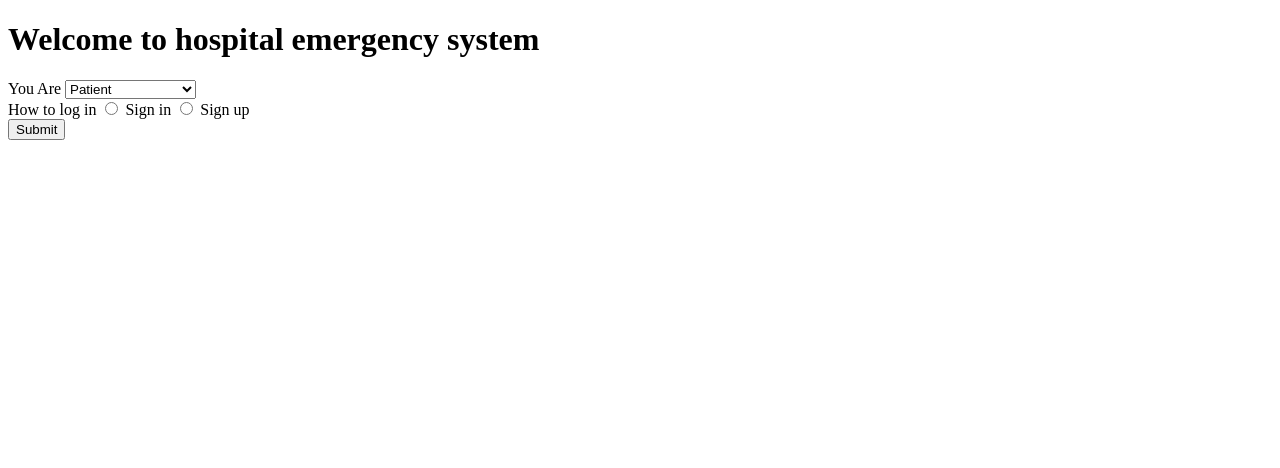
Repository: OmarAl-Saleh/Hospital-Emergency-System
Page: http://localhost/EmergencySystem/
The author's editor kept a copy of each file at every save. The page is drawn from the files as they stood at one save, then again after the next save.
The browser window is 1280 px wide. The pictures show the whole page.
The page is served by Tomcat 9. Other server files are loaded and not shown.

Above is the page before, as saved 2024-05-22 06:42:28.

### EmergencySystem/EmergencySystem/src/main/webapp/index.jsp
<%@ page language="java" contentType="text/html; charset=ISO-8859-1"
    pageEncoding="ISO-8859-1"%>
<!DOCTYPE html>
<html>
<head>
<meta charset="ISO-8859-1">
<title>Emergency System</title>
<head><h1>Welcome to hospital emergency system</h1></head>
<body>
<form action="Sign_in.jsp" method="get">
<label for="You Are">You Are</label>
    <select id="You Are" name="You Are">
        <option value="patient">Patient</option>
        <option value="Officer">Officer</option>
        <option value="Screening Nurse">Screening Nurse</option>
        <option value="Department Nurse">Department Nurse</option>
    </select>
    <br>
 <form action="Sign_in.jsp" method="get">
   <label> How to log in
        <input type="radio" name="sign" value="Sign_in"> Sign in
    </label>
    <label>
        <input type="radio" name="sign" value="Sign_up"> Sign up
    </label>

   </form>
    <input type="submit" value="Submit">


</form>
</body>
</html>

After the next save:
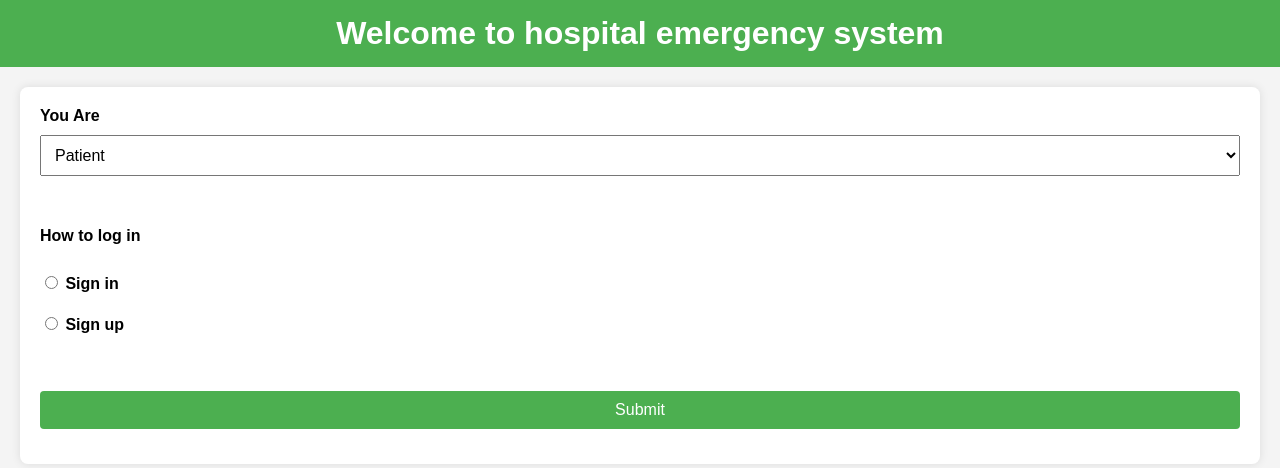
Saved 3 min 17 s later.
--- a/EmergencySystem/EmergencySystem/src/main/webapp/index.jsp
+++ b/EmergencySystem/EmergencySystem/src/main/webapp/index.jsp
@@ -5,29 +5,87 @@
 <head>
 <meta charset="ISO-8859-1">
 <title>Emergency System</title>
-<head><h1>Welcome to hospital emergency system</h1></head>
+<style>
+    body {
+        font-family: Arial, sans-serif;
+        background-color: #f4f4f4;
+        margin: 0;
+        padding: 0;
+    }
+
+    header {
+        background-color: #4CAF50;
+        color: white;
+        padding: 15px 0;
+        text-align: center;
+    }
+
+    h1 {
+        margin: 0;
+        font-size: 2em;
+    }
+
+    main {
+        margin: 20px;
+        padding: 20px;
+        background-color: white;
+        border-radius: 8px;
+        box-shadow: 0 0 10px rgba(0, 0, 0, 0.1);
+    }
+
+    form {
+        display: flex;
+        flex-direction: column;
+    }
+
+    label {
+        margin-bottom: 10px;
+        font-weight: bold;
+    }
+
+    select, input[type="radio"], input[type="submit"] {
+        margin-bottom: 15px;
+        padding: 10px;
+        font-size: 1em;
+    }
+
+    input[type="submit"] {
+        background-color: #4CAF50;
+        color: white;
+        border: none;
+        cursor: pointer;
+        border-radius: 4px;
+    }
+
+    input[type="submit"]:hover {
+        background-color: #45a049;
+    }
+</style>
+</head>
 <body>
-<form action="Sign_in.jsp" method="get">
-<label for="You Are">You Are</label>
-    <select id="You Are" name="You Are">
-        <option value="patient">Patient</option>
-        <option value="Officer">Officer</option>
-        <option value="Screening Nurse">Screening Nurse</option>
-        <option value="Department Nurse">Department Nurse</option>
-    </select>
-    <br>
- <form action="Sign_in.jsp" method="get">
-   <label> How to log in
-        <input type="radio" name="sign" value="Sign_in"> Sign in
-    </label>
-    <label>
-        <input type="radio" name="sign" value="Sign_up"> Sign up
-    </label>
-
-   </form>
-    <input type="submit" value="Submit">
-
-
-</form>
+    <header>
+        <h1>Welcome to hospital emergency system</h1>
+    </header>
+    <main>
+        <form action="Sign_in.jsp" method="get">
+            <label for="you-are">You Are</label>
+            <select id="you-are" name="you-are">
+                <option value="patient">Patient</option>
+                <option value="officer">Officer</option>
+                <option value="screening-nurse">Screening Nurse</option>
+                <option value="department-nurse">Department Nurse</option>
+            </select>
+            <br><br>
+            <label>How to log in</label><br>
+            <label>
+                <input type="radio" name="sign" value="sign-in"> Sign in
+            </label>
+            <label>
+                <input type="radio" name="sign" value="sign-up"> Sign up
+            </label>
+            <br><br>
+            <input type="submit" value="Submit">
+        </form>
+    </main>
 </body>
 </html>
